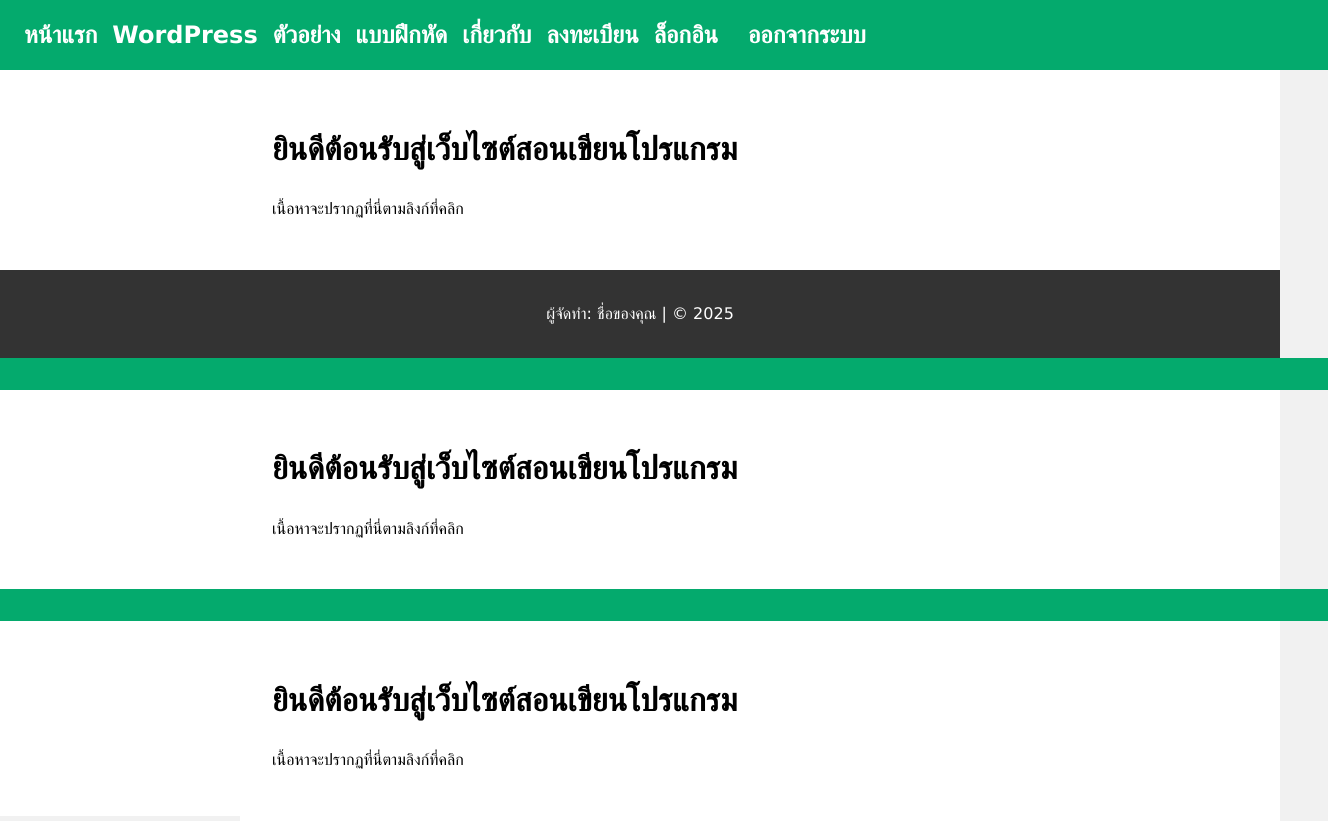
Repository: staggil/thesis
Page: index.html
The author's editor kept a copy of each file at every save. The page is drawn from the files as they stood at one save, then again after the next save.
The browser window is 1280 px wide. The page is 1328 px wide, so the pictures cover 1328 px, including what lies to the right of the window. The pictures show the whole page.
The page's requests for data from a server got no answer.

Above is the page before, as saved 2025-12-16 08:59:56.

After the next save:
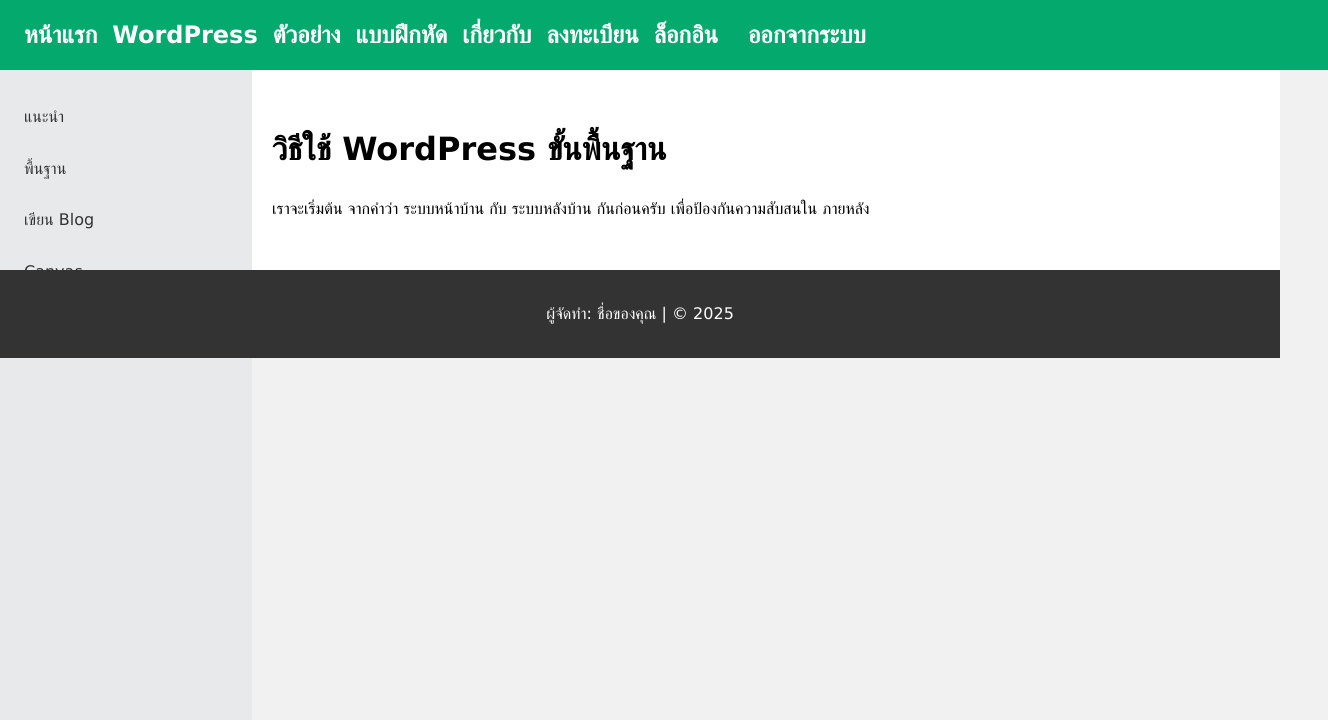
Saved 80 s later.
--- a/index.html
+++ b/index.html
@@ -3,82 +3,33 @@
 <head>
     <meta charset="UTF-8">
     <meta name="viewport" content="width=device-width, initial-scale=1.0">
-    <title>เว็บไซต์สอนเขียนโปรแกรม</title>
-    <link rel="stylesheet" href="style.css">
-    <script src="script.js" defer></script>
+    <title>หน้าแรก</title>
+    <link rel="stylesheet" href="/style.css">
+    <script src="/script.js" defer></script>
 </head>
-<body data-sidebar="/components/empty.html">
+<body data-sidebar="/components/sidebar.html">
 
-    <!-- Header -->
+    <!-- header -->
     <div id="header-placeholder"></div>
 
-    <!-- Sidebar -->
-    <div id="sidebar-placeholder"></div>
 
-    <!-- Content -->
+
+   <div id="sidebar-placeholder"></div>
+<div class="layout">
+    <!-- content -->
     <main id="main-content">
-        <h1>ยินดีต้อนรับสู่เว็บไซต์สอนเขียนโปรแกรม</h1>
-        <p>เนื้อหาจะปรากฏที่นี่ตามลิงก์ที่คลิก</p>
+        <h1>วิธีใช้ WordPress ขั้นพื้นฐาน</h1>
+        <p>เราจะเริ่มต้น จากคำว่า ระบบหน้าบ้าน กับ ระบบหลังบ้าน กันก่อนครับ เพื่อป้องกันความสับสนใน ภายหลัง</p>
+
+
+
+
+
     </main>
+</div>
 
-    <!-- Footer -->
+    <!-- footer -->
     <div id="footer-placeholder"></div>
 
 </body>
 </html>
-<!DOCTYPE html>
-<html lang="th">
-<head>
-    <meta charset="UTF-8">
-    <meta name="viewport" content="width=device-width, initial-scale=1.0">
-    <title>เว็บไซต์สอนเขียนโปรแกรม</title>
-    <link rel="stylesheet" href="style.css">
-    <script src="script.js" defer></script>
-</head>
-<body class="empty" data-sidebar="/components/empty.html">
-
-    <!-- Header -->
-    <div id="header-placeholder"></div>
-
-    <!-- Sidebar -->
-    <div id="sidebar-placeholder"></div>
-
-    <!-- Content -->
-    <main id="main-content">
-        <h1>ยินดีต้อนรับสู่เว็บไซต์สอนเขียนโปรแกรม</h1>
-        <p>เนื้อหาจะปรากฏที่นี่ตามลิงก์ที่คลิก</p>
-    </main>
-
-    <!-- Footer -->
-    <div id="footer-placeholder"></div>
-
-</body>
-</html>
-<!DOCTYPE html>
-<html lang="th">
-<head>
-    <meta charset="UTF-8">
-    <meta name="viewport" content="width=device-width, initial-scale=1.0">
-    <title>เว็บไซต์สอนเขียนโปรแกรม</title>
-    <link rel="stylesheet" href="style.css">
-    <script src="script.js" defer></script>
-</head>
-<body data-sidebar="/components/empty.html">
-
-    <!-- Header -->
-    <div id="header-placeholder"></div>
-
-    <!-- Sidebar -->
-    <div id="sidebar-placeholder"></div>
-
-    <!-- Content -->
-    <main id="main-content">
-        <h1>ยินดีต้อนรับสู่เว็บไซต์สอนเขียนโปรแกรม</h1>
-        <p>เนื้อหาจะปรากฏที่นี่ตามลิงก์ที่คลิก</p>
-    </main>
-
-    <!-- Footer -->
-    <div id="footer-placeholder"></div>
-
-</body>
-</html>
